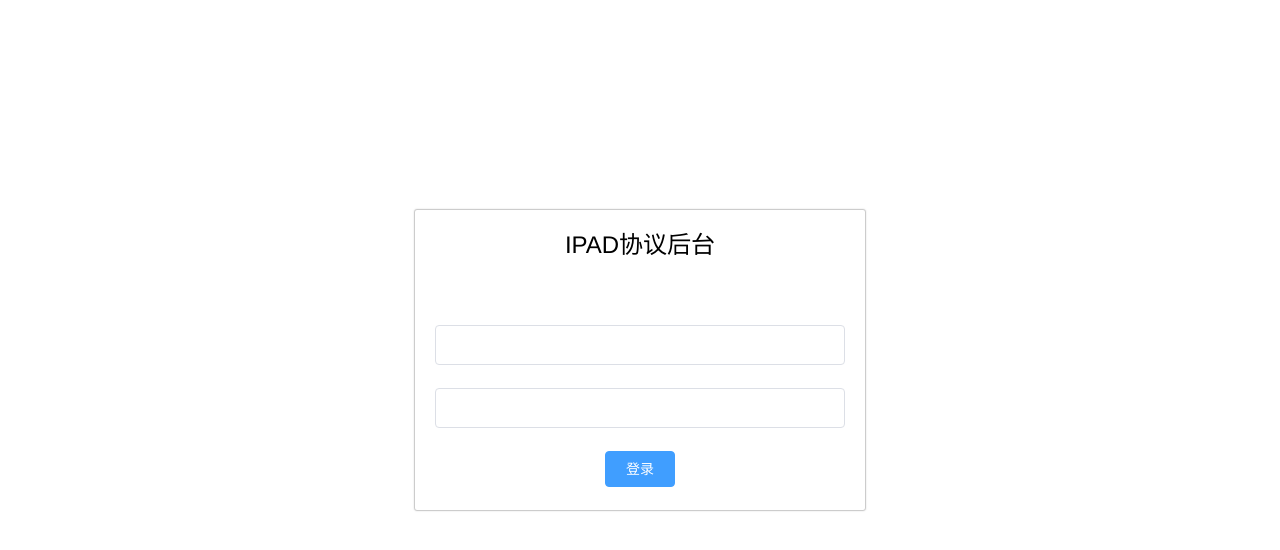
Repository: Iamanuan/ipad_admin
Page: /
These files come from the project's save history. The page is drawn as it stood at one moment and after the next save; the edit follows.
The browser window is 1280 px wide. The pictures show the whole page.
The project was rebuilt for these pictures with package versions that can differ from the ones it lists, and the page was loaded fresh each time. Also part of the build but not shown: vue.config.js.

Above is the page before, as saved 2020-05-07 13:47:42.

After the next save:
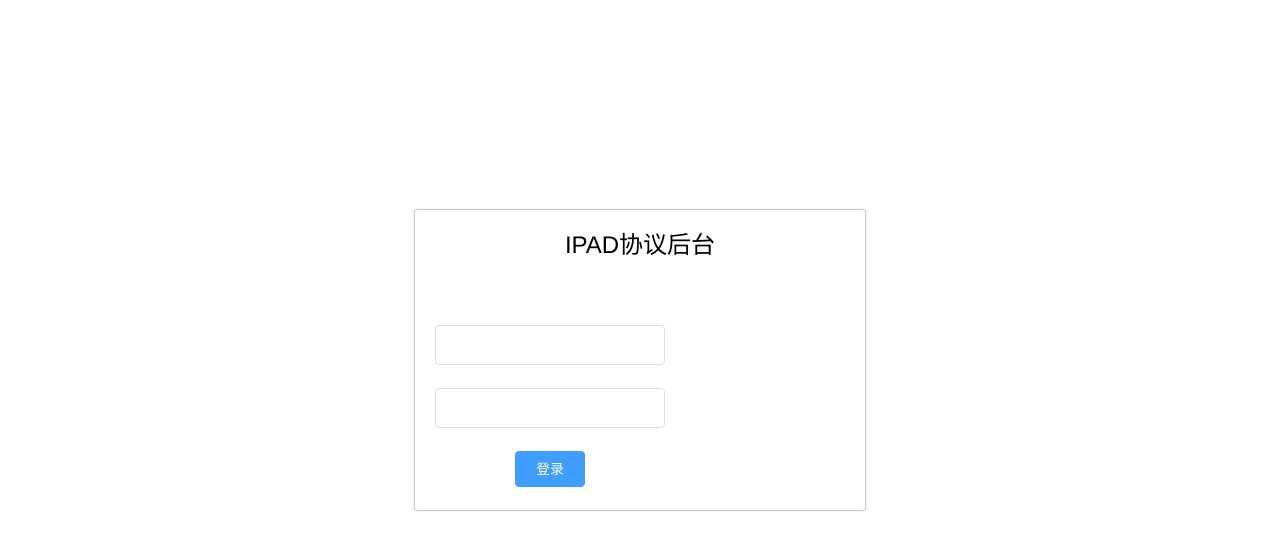
Saved 13 s later.
--- a/src/components/Login.vue
+++ b/src/components/Login.vue
@@ -59,7 +59,7 @@ export default {
   position: absolute;
   bottom: 0;
   padding: 0 20px;
-  width: 100%;
+  width: 60%;
   box-sizing: border-box;
 }
 
